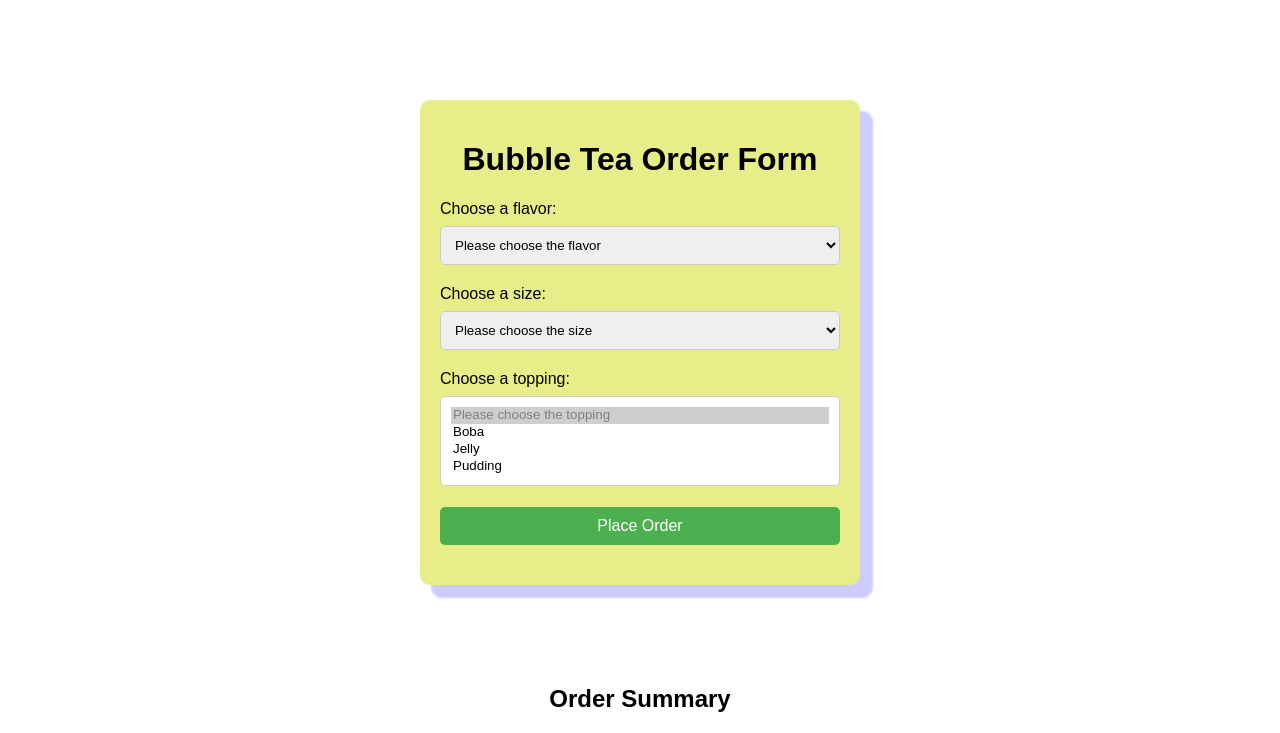
Repository: liulian26/CS5610
Page: lab3/index.html
An editor plug-in stored every save of this project. The page is shown before and after the next save, followed by the edit.
The browser window is 1280 px wide. The pictures show the whole page.

Above is the page before, as saved 2025-02-06 22:49:57.

### lab3/index.html
<!DOCTYPE html>
<html lang="en">
  <head>
    <meta charset="utf-8" />
    <title>Bubble Tea ordering system</title>
    <link rel="stylesheet" href="css/styles.css" />
    <script defer src="js/scripts.js"></script>
  </head>

  <body>
    <main>
      <form id="bubbleTeaForm">
        <h1>Bubble Tea Order Form</h1>

        <!--- choose a flavor -->
        <label for="flavorSelect">Choose a flavor:</label>
        <select id="flavorSelect">
          <option value="" disabled selected>Please choose the flavor</option>
          <option value="original">Original</option>
          <option value="mango">Mango</option>
          <option value="strawberry">Strawberry</option>
        </select>

        <!--- choose a size -->
        <label for="sizeSelect">Choose a size:</label>
        <select id = "sizeSelect">
        <option value="" disabled selected>Please choose the size</option>
          <option value="small">Small</option>
          <option value="medium">Medium</option>
          <option value="large">Large</option>
        </select>

        <!--- choose a topping -->
        <label for="toppingSelect">Choose a topping:</label>
        <select id="toppingSelect" multiple>
            <option value="" disabled selected>Please choose the topping</option>
            <option value="boba">Boba</option>
            <option value="jelly">Jelly</option>
            <option value="pudding">Pudding</option>
        </select>

        <!-- submit the order-->
        <button type="Place Order" id = "orderButton">Place Order</button>
      </form>

      <!--- display the order summary -->
      <div id="orderSummary">
        <h2>Order Summary</h2>
        <p id="orderSummary"></p>
      </div>
    </main>
  </body>
</html>

### lab3/css/styles.css
body{
    background-color: white;
    font-family: Arial, sans-serif;
    text-align: center;
}

form{
    background-color: #e6ed89;
    max-width: 400px;
    border-radius: 10px;
    box-shadow: 12px 12px 2px 1px rgba(0, 0, 255, .2);
    padding: 20px;
    margin: 100px auto;
}

label{
    display: block;
    margin-bottom: 8px;
    text-align: left;
}

select, button {
    width: 100%;
    padding: 10px;
    margin-bottom: 20px;
    border-radius: 5px;
    border: 1px solid #ccc;
}

button{
    background-color: #4CAF50;
    color: white;
    border: none;
    cursor: pointer;
    font-size: 16px;
}

button:hover{
    background-color: #45a049;
}

select[mutiple]{
    height: 100px;
    padding: 5px;
}

select:hover,
select:focus{
    border-color: #333;
}

### lab3/js/scripts.js
// prices
const prices = {
    flavor: {
        original: 2.5,
        mango: 3.0,
        strawberry: 3.5
    },
    size: {
        small: 1.0,
        medium: 1.5,
        large: 2.0
    },
    topping: {
        boba: 0.5,
        jelly: 0.75,
        pudding: 1.0
    }
};

// function calculatePrice that will receive flavor, size, and an array with all the selected
function calculatePrice(flavor, size, toppings) {
    // calculate the price of the order
    // return the total price
    let totalPrice = 0;
    flavorPrice = prices.flavor[flavor];
    sizePrice = prices.size[size];
    toppingsPrice = toppings.reduce((total, topping) => total + prices.topping[topping], 0);
    totalPrice = sizePrice * (flavorPrice + toppingsPrice);
    return totalPrice;
}


// function display order summary that will receive an order object as argument
function displayOrderSummary(order) {
    // example order object:
    //{falvor:"mango", size:"medium", toppings:["boba","jelly"], totalPrice: 5.63 }
    const {flavor, size, toppings} = order;

    const totalPrice = calculatePrice(flavor, size, toppings);
    const toppingsList = toppings.length > 0 ? toppings.join(", ") : "no toppings";

    // display the order summary
    console.log(`You have ordered a ${size} ${flavor} bubble tea with these toppings: ${toppingsList}`);
    console.log(`Total Price: $${totalPrice.toFixed(2)}`);

}


// placeOrder that will receive flavor, size, and an array with all the selected
// toppings (if any) and call displayOrderSummary function with an order object
// as argument.
function placeOrder(flavor, size, toppings) {
    let finalPrice = calculatePrice(flavor, size, toppings);
    let order = {flavor: flavor, size: size, toppings: toppings, finalPrice: finalPrice};
    displayOrderSummary(order)
}


// Test the functions
placeOrder("mango", "medium", ["boba", "jelly"]);
placeOrder("original", "small", []);
placeOrder("strawberry", "large", ["pudding"]);

After the next save:
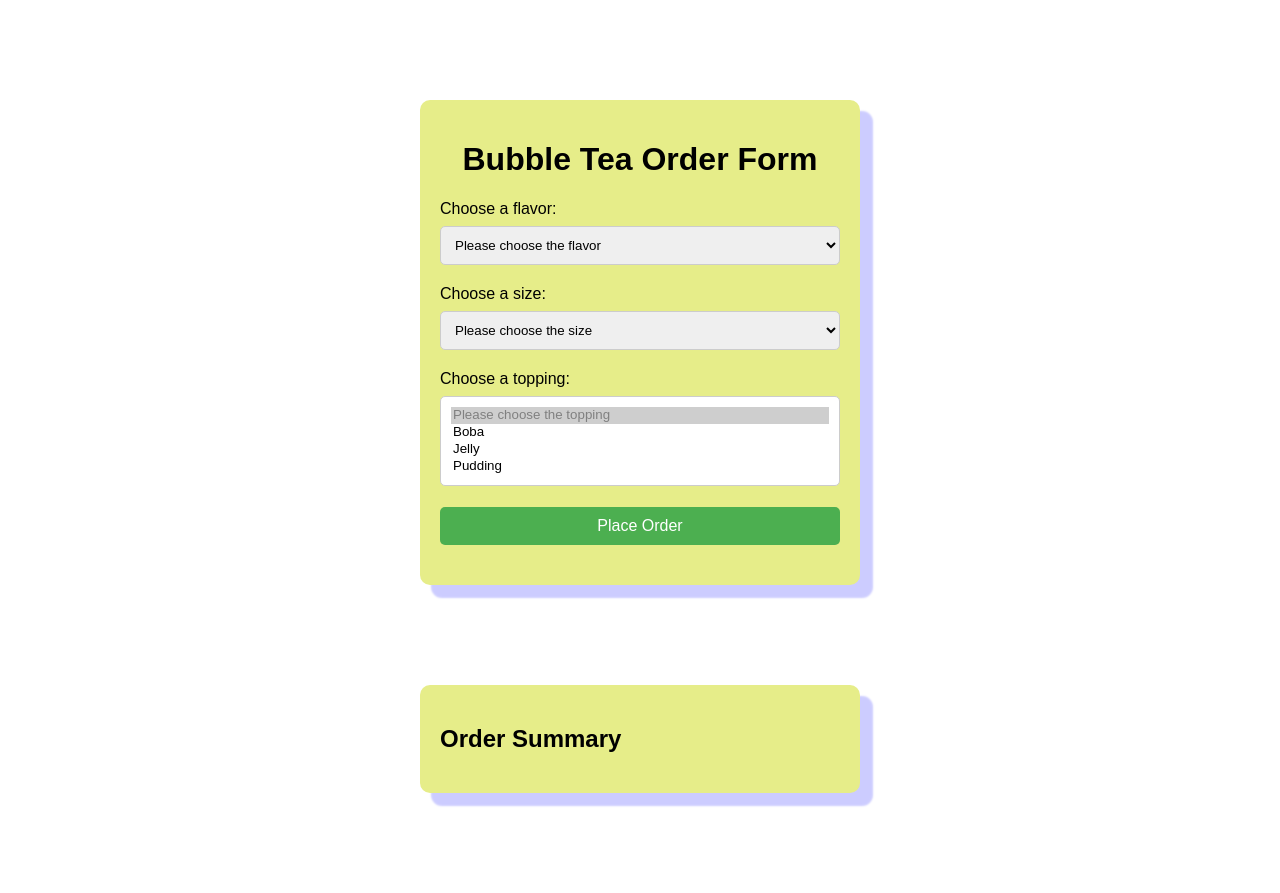
Saved 5 min 25 s later.
--- a/lab3/index.html
+++ b/lab3/index.html
@@ -9,7 +9,7 @@
 
   <body>
     <main>
-      <form id="bubbleTeaForm">
+      <form id="bubbleTeaForm" class="container">
         <h1>Bubble Tea Order Form</h1>
 
         <!--- choose a flavor -->
@@ -44,7 +44,7 @@
       </form>
 
       <!--- display the order summary -->
-      <div id="orderSummary">
+      <div id="orderSummary" class="container">
         <h2>Order Summary</h2>
         <p id="orderSummary"></p>
       </div>
--- a/lab3/css/styles.css
+++ b/lab3/css/styles.css
@@ -48,3 +48,23 @@ select:hover,
 select:focus{
     border-color: #333;
 }
+
+.container{
+    background-color: #e6ed89;
+    max-width: 400px;
+    border-radius: 10px;
+    box-shadow: 12px 12px 2px 1px rgba(0, 0, 255, .2);
+    padding: 20px;
+    margin: 100px auto;
+}
+
+#orderSummaryContainer h2{
+    font-size: 24px;
+    margin-bottom: 20px;
+    text-align: left;
+}
+
+#orderSummary{
+    font-size: 16px;
+    text-align: left;
+}
